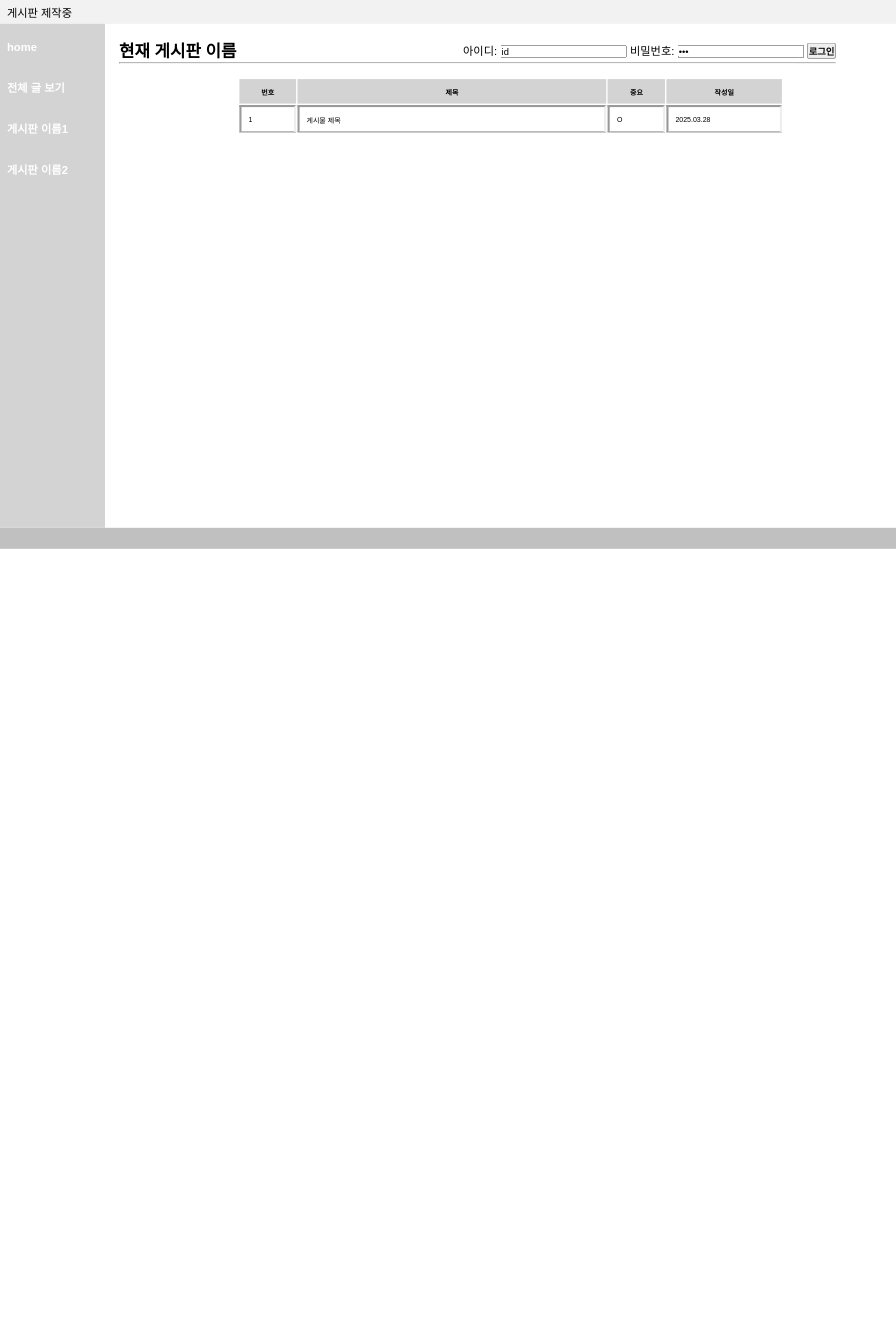
Repository: hyeon-jin-park/study
Page: work/internet_programing/Test_final/public/board.html
An editor plug-in stored every save of this project. The page is shown before and after the next save, followed by the edit.
The browser window is 1280 px wide. The pictures show the part of the page from y = 0 to 1920 px (the page is 10000 px tall), at 70% of full size.

Above is the page before, as saved 2025-03-26 10:32:40.

### work/internet_programing/Test_final/public/board.html
<!DOCTYPE html>
<html lang="ko">
<head>

    <meta charset="UTF-8">
    <meta name="viewport" content="width=device-width, initial-scale=1.0">
    <title>board.html</title>
	<link rel="stylesheet" href="layout.css">
	<style>
	* { margin: 0; padding: 0; box-sizing: border-box; }
	body { font-family: Arial, sans-serif; }

	#login_button{
		text-align:center;
		font-weight:bold;

	}
	</style>

</head>


<body>

    <header>
        게시판 제작중
    </header>


    <nav>
    	<ul>
    		<li><a href="home.html">home</a></li>
    		<li><a href="#">전체 글 보기</a></li>
    		<li><a href="#">게시판 이름1</a></li>
    		<li><a href="#">게시판 이름2</a></li>
    	</ul>
    </nav>


    <section>
    	<div class="board_title">
    		<h1>현재 게시판 이름</h1>
    			<form>
    			아이디: <input type="text" name="아이디" value="id">
    			비밀번호: <input type="password" name="비밀번호" value="pwd">
    			<button id="login_button" type="submit" >로그인</button>
    			</form>
    	</div>
    	<hr>
    	<div class="board">
    		<table>
    			<tr style ="background-color: lightgray;">
    				<th>번호</th>
    				<th>제목</th>
    				<th>중요</th>
    				<th>작성일</th>
    			</tr>
    			<tr>
    				<td>1</td>
    				<td>게시물 제목</td>
    				<td>O</td>
    				<td>2025.03.28</td>
    			</tr>
    		</table>
    	</div>
    </section>


    <footer>
    	<h1></h1>
    </footer>

</body>
</html>

### work/internet_programing/Test_final/public/layout.css
@charset "UTF-8";

body{
	min-height:10000px;
}
header {
            background-color: #f2f2f2;
            color: black;
            padding: 5px 10px;
            display: fixed;
            width: 100%;
        }

nav {
        	display:inline-block;
    		background-color: lightgray;
    		width:150px;
    		color: black;
    		height: 100vh;
		}

nav ul {
    		list-style: none;
    		padding: 0;
		}
nav ul li {
   		 margin: 15px 0;
		}

nav a {
    		text-decoration: none;
    		color: white;
   		    font-weight: bold;
   		 	display: block;
    		padding: 10px;
    		border-radius: 5px;
		}

nav a:hover {
    		background-color: #555;
		}


section {
			display:inline-block;
			position:absolute;
			width:80%;
			margin:20px;

		}


.board {
	background-color: white;
	color: black;
	border-collapse: collapse;
	padding: 20px 20px;
	margin: 0px 150px;
	width: 80%;
}

.board th,td {
  padding: 10px;
}

.board th {
    text-align: center;
    border-collapse: collapse;
    vertical-align: middle;
    font-size: 10px;
}
.board td{
	font-size:10px;
	border-spacing: 0;
	border-style:inset;

}

.board th:nth-child(1),
.board td:nth-child(1){
	width: 100px;
}
.board th:nth-child(2),
.board td:nth-child(2){
	width: 600px;
}
.board th:nth-child(3),
.board td:nth-child(3){
	width: 100px;
}
.board th:nth-child(4),
.board td:nth-child(4){
	width: 200px;
}


.board_title{
			margin:0px;
			padding: 0px;
			display: flex;
            justify-content: space-between;
            align-items: center;
            width: 100%;
		}
.board_title ul{
			list-style: none;
			padding:0;
		}

.board_title a {
    		text-decoration: none;
    		color: black;
   		    font-weight: bold;
   		 	display: block;
    		padding: 10px;
    		border-radius: 5px;
		}

.input_form{
			padding:20px 20px;
			width:100%;
			margin-left:150px;
    		margin-bottom:100px;
		}
.input_form table{
			white-space: nowrap;
			margin:10px;
			border-collapse:collapse;
		}
.input_form th,td{
			border-bottom: 1px solid black;
		}
.input_form button{
			border:none;
			background-color:white;
			cursor: pointer;
		}
.input_form input{
			width:100%;
		}


footer {
    		background-color: silver;
    		color: white;
    		text-align: center;
    		height: 30px;
    		padding: 5px 0;
    		bottom: 0;
    		width: 100%;
		}

After the next save:
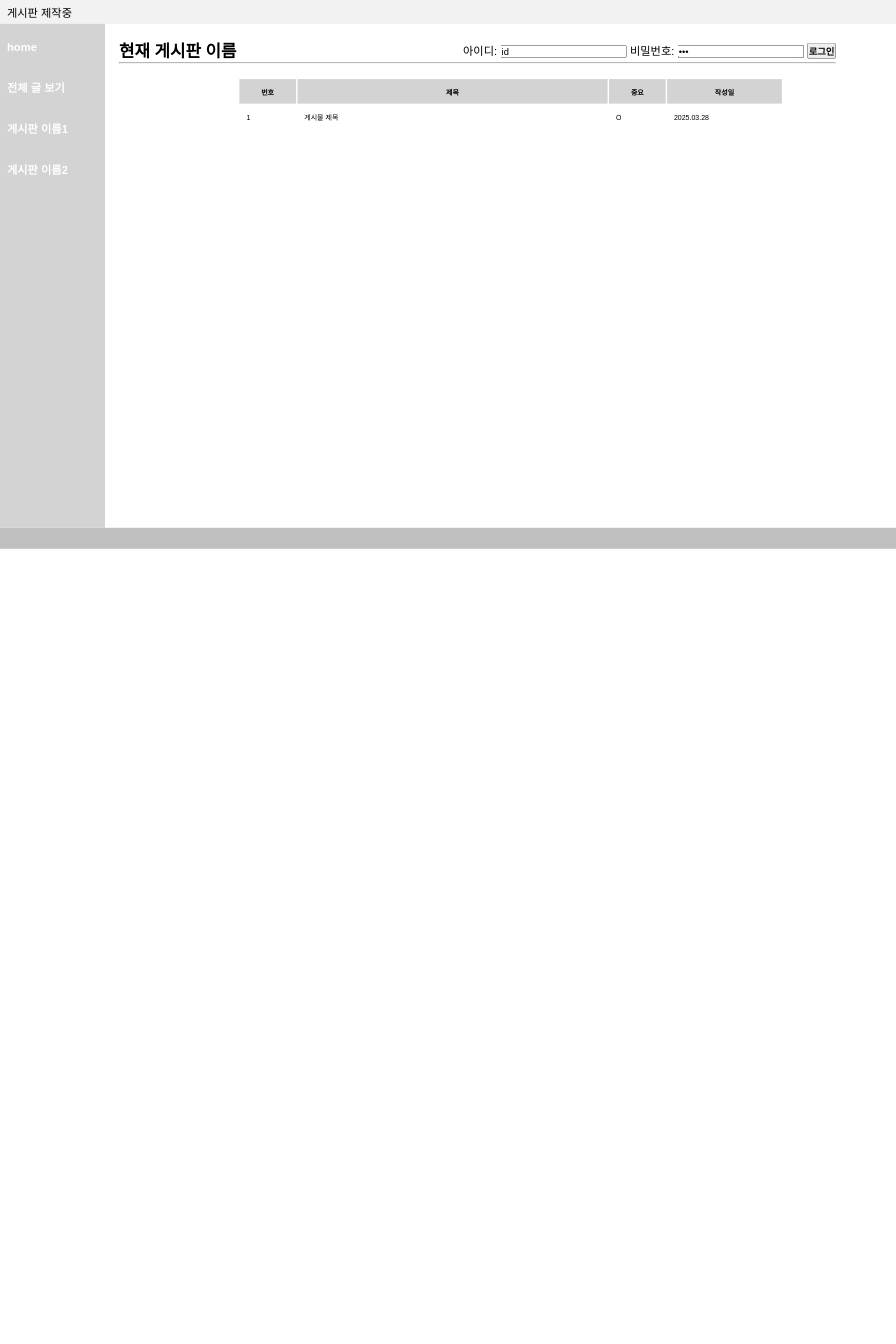
Saved 5 min 31 s later.
--- a/work/internet_programing/Test_final/public/layout.css
+++ b/work/internet_programing/Test_final/public/layout.css
@@ -71,8 +71,8 @@ section {
 }
 .board td{
 	font-size:10px;
-	border-spacing: 0;
-	border-style:inset;
+	border:none;
+
 
 }
 
